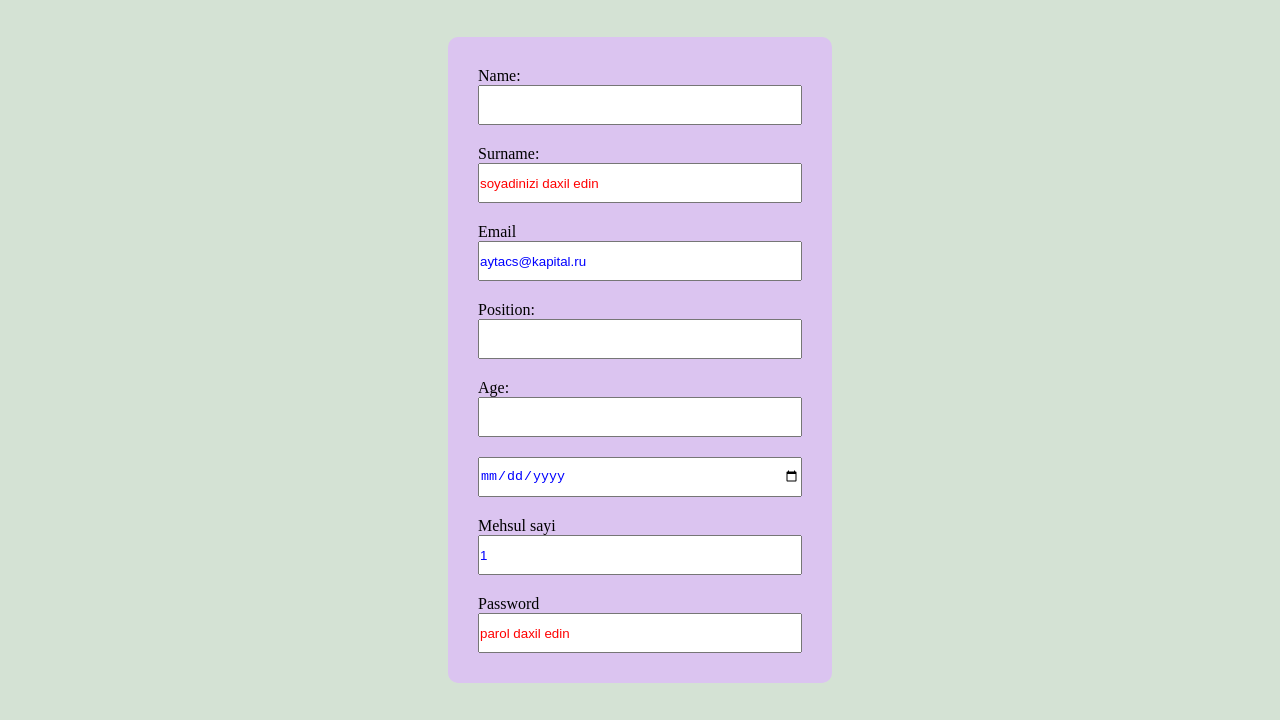
Repository: AytacSafarova/Form-lesson
Page: index.html
The author's editor kept a copy of each file at every save. The page is drawn from the files as they stood at one save, then again after a run of saves.
The browser window is 1280 px wide. The pictures show the whole page.

Above is the page before, as saved 2023-08-29 14:45:49.

### index.html
<!DOCTYPE html>
<html lang="en">
  <head>
    <meta charset="UTF-8" />
    <meta name="viewport" content="width=device-width, initial-scale=1.0" />
    <title>Document</title>
    <link rel="stylesheet" href="./index.css" />
  </head>
  <body>
    <div>
      <form action="https://randomuser.me/api/">
        <label for="">
          Name:
          <input type="text" name="user-name" />
        </label>
        <label for="">
          Surname:
          <input placeholder="soyadinizi daxil edin" type="text" />
        </label>
        <label for="">
          Email
          <input
            placeholder="emaili daxil edin"
            type="email"
            value="aytacs@kapital.ru"
          />
        </label>
        <label for="">
          Position:
          <input type="text" />
        </label>
        <label for="">
          Age:
          <input type="number" />
        </label>
        <label for="">
          <input type="date" />
        </label>
        <label for="">
          Mehsul sayi
          <input
            placeholder="mehsul sayini daxil edin"
            type="number"
            value="1"
          />
        </label>

        <label for="">
          Password
          <input placeholder="parol daxil edin" type="password" />
        </label>
      </form>
    </div>
  </body>
</html>

### index.css
*{
    margin: 0;
    padding: 0;
    box-sizing: border-box;
}
div{
    background-color: #D4E2D4;
   min-height: 100vh;
   width: 100%;
   display: flex;
   justify-content: center;
   align-items: center;
}
form{
    width: 30%;
    padding: 30px;
    background-color: #DBC4F0;
    border-radius: 10px;
    display: flex;
    flex-direction: column;
    gap: 20px;
}
input{
width: 100%;
height: 40px;
color: blue;
}

input::placeholder{
    color: red;
}

After the next 4 saves:
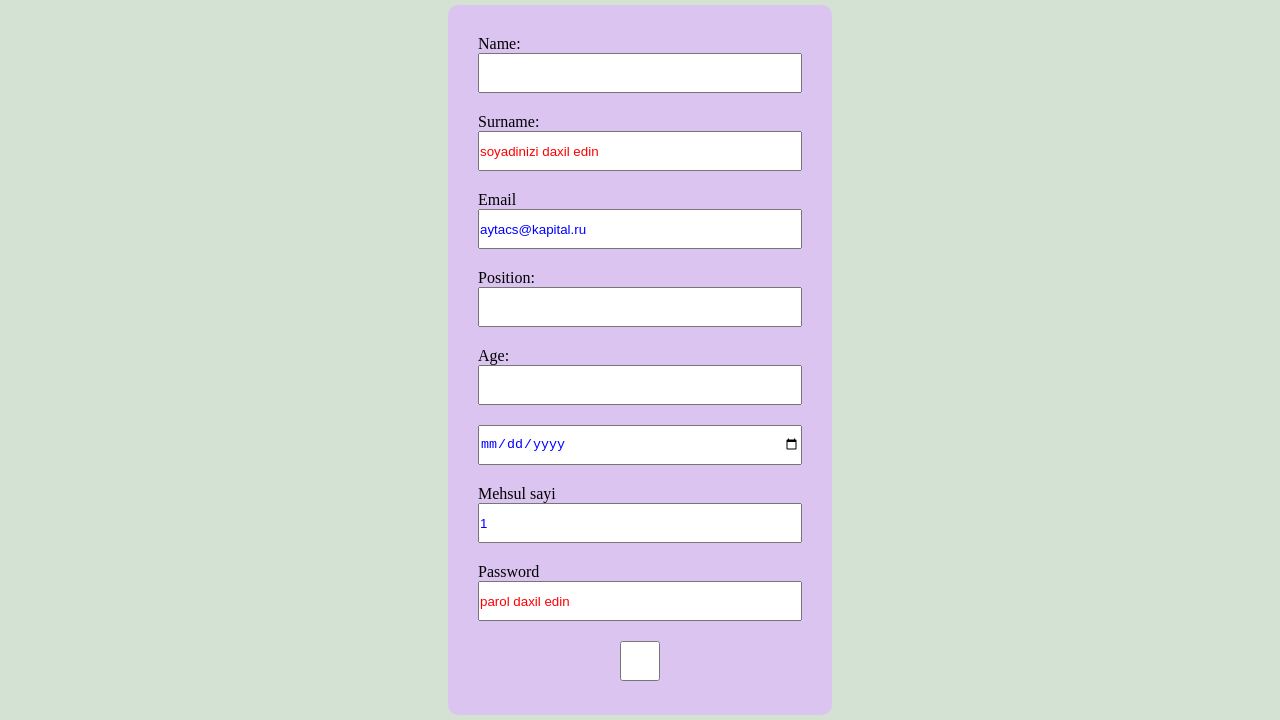
The 4 saves are shown as one change because they came seconds apart.
The last was saved 26 s later.
--- a/index.html
+++ b/index.html
@@ -49,6 +49,9 @@
           Password
           <input placeholder="parol daxil edin" type="password" />
         </label>
+        <label for="">
+            <input type="checkbox">
+        </label>
       </form>
     </div>
   </body>
